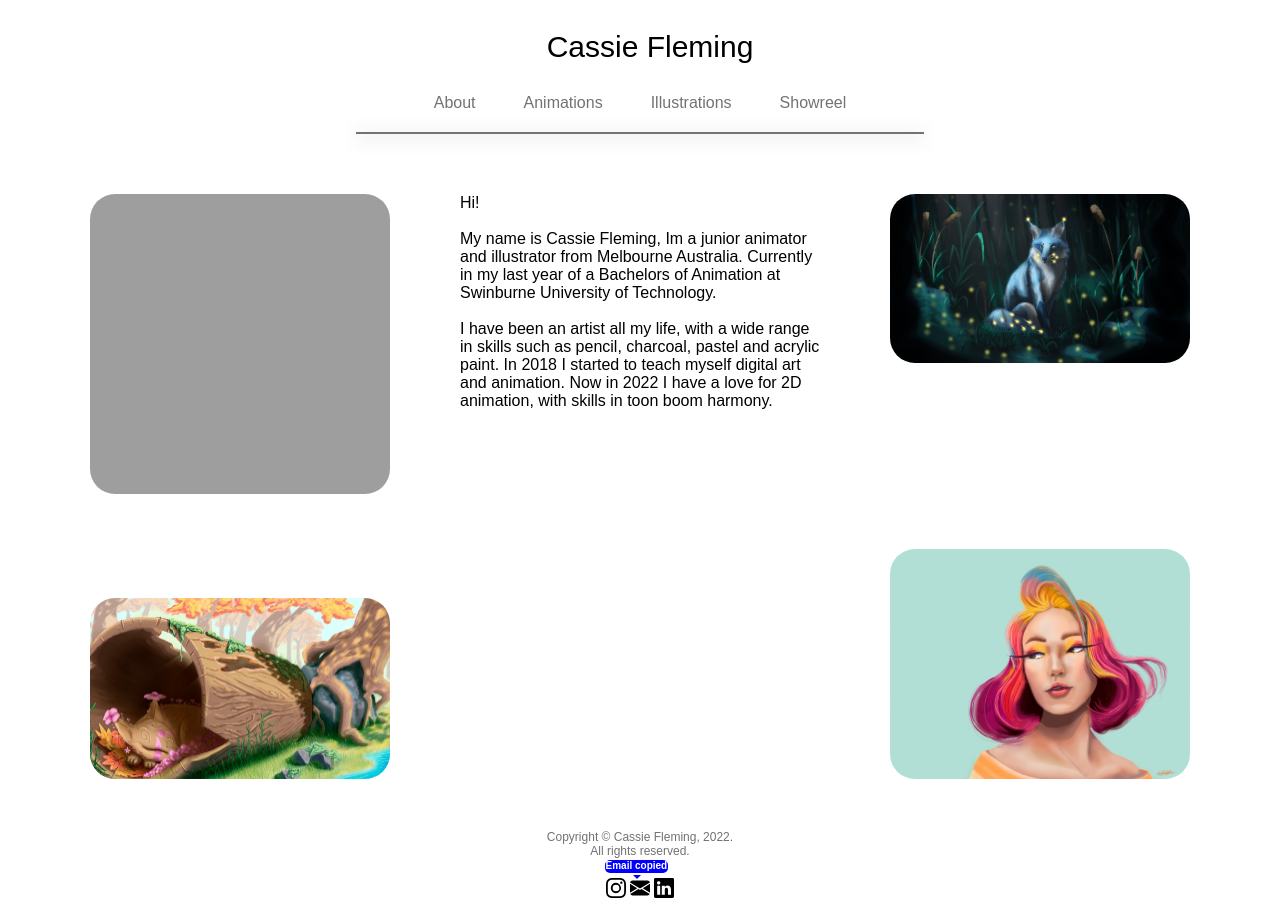
Repository: David-Waite/Cassie-Fleming-portfolio
Page: /
The author's editor kept a copy of each file at every save. The page is drawn from the files as they stood at one save, then again after a run of saves.
The browser window is 1280 px wide. The pictures show the whole page.
Pictures or frames that could not be fetched are drawn as grey boxes. Some web fonts or font styles are not loaded; a fallback is used. The project was rebuilt for these pictures with package versions that can differ from the ones it lists, and the page was loaded fresh each time. The framework's server and built-in components were replaced by stand-ins that run in the browser. Also part of the build but not shown: next.config.js.

Above is the page before, as saved 2022-09-11 18:04:04.

After the next 4 saves:
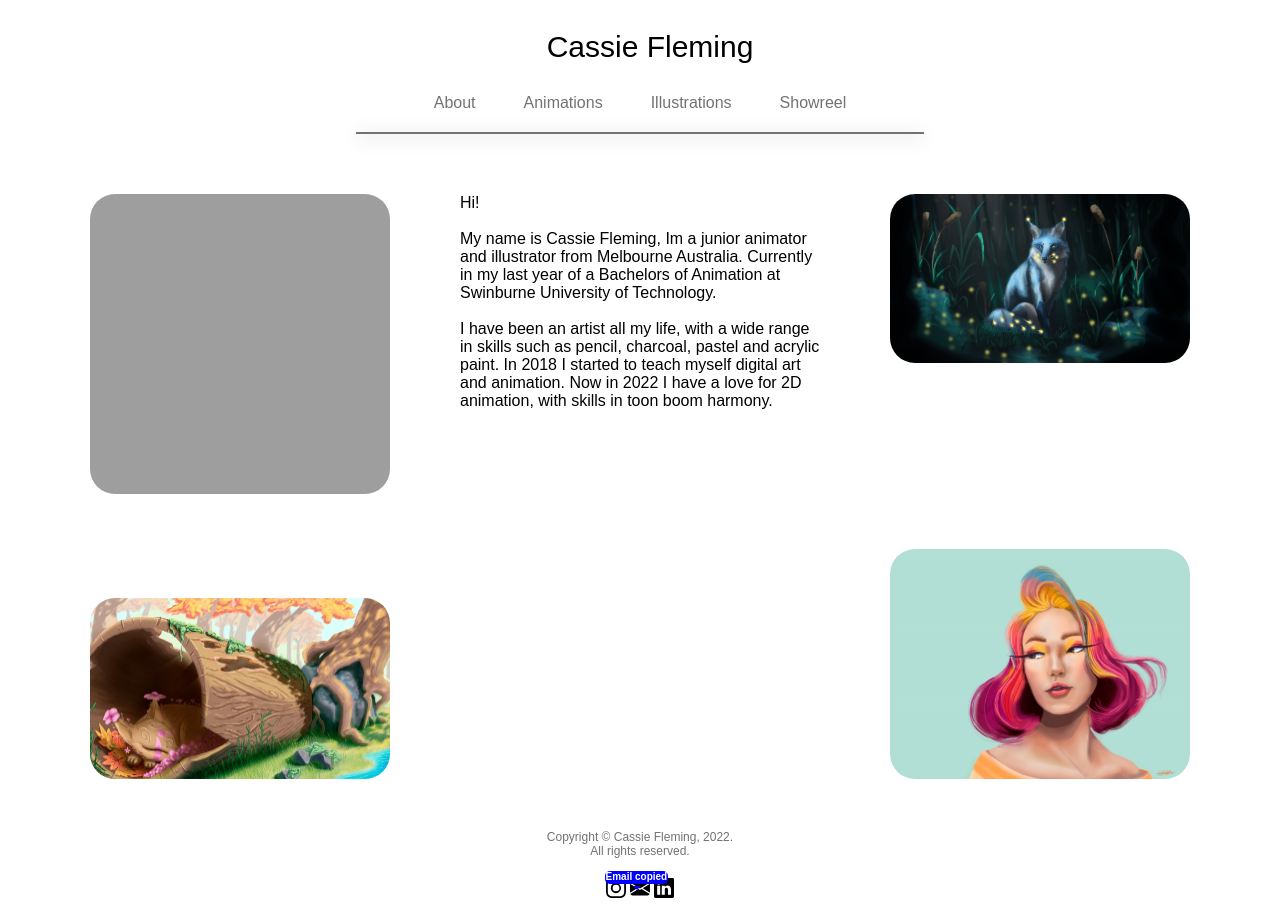
The 4 saves are shown as one change because they came seconds apart.
The last was saved 12 s later.
--- a/styles/globals.css
+++ b/styles/globals.css
@@ -108,7 +108,7 @@ footer {
   padding: 0 0 2px 0;
   width: 63px;
   left: 58px;
-  top: 30px;
+  top: 41px;
   background-color: blue;
   color: #ffffff;
   border-radius: 5px;
